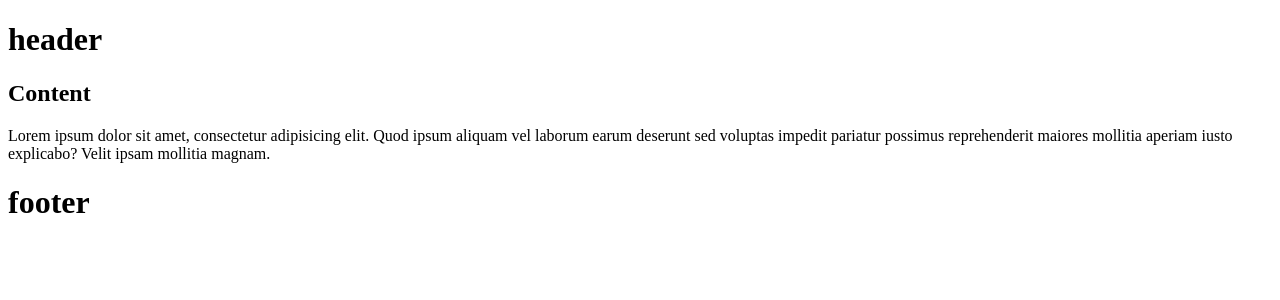
Repository: jsungl/WEBSERVER-WORKSPACE
Page: http://localhost/01_helloweb/jsp/include.jsp
An editor plug-in stored every save of this project. The page is shown before and after the next save, followed by the edit.
The browser window is 1280 px wide. The pictures show the whole page.
The page is served by Tomcat 9.

Above is the page before, as saved 2021-03-24 12:21:09.

After the next save:
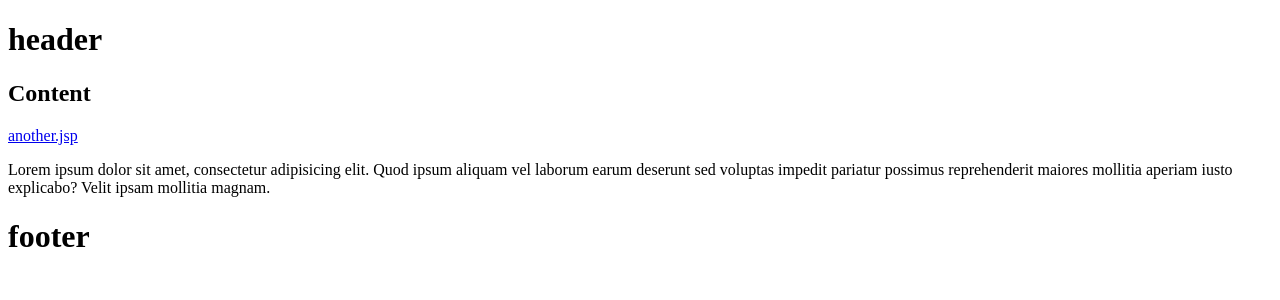
Saved 4 min 38 s later.
--- a/01_helloweb/WebContent/jsp/include.jsp
+++ b/01_helloweb/WebContent/jsp/include.jsp
@@ -2,5 +2,6 @@
     pageEncoding="UTF-8"%>
 <%@ include file="/jsp/header.jsp" %>
 		<h1>Content</h1>
+		<a href="/web/jsp/another.jsp">another.jsp</a>
 		<p>Lorem ipsum dolor sit amet, consectetur adipisicing elit. Quod ipsum aliquam vel laborum earum deserunt sed voluptas impedit pariatur possimus reprehenderit maiores mollitia aperiam iusto explicabo? Velit ipsam mollitia magnam.</p>
 <%@ include file="/jsp/footer.jsp" %>
